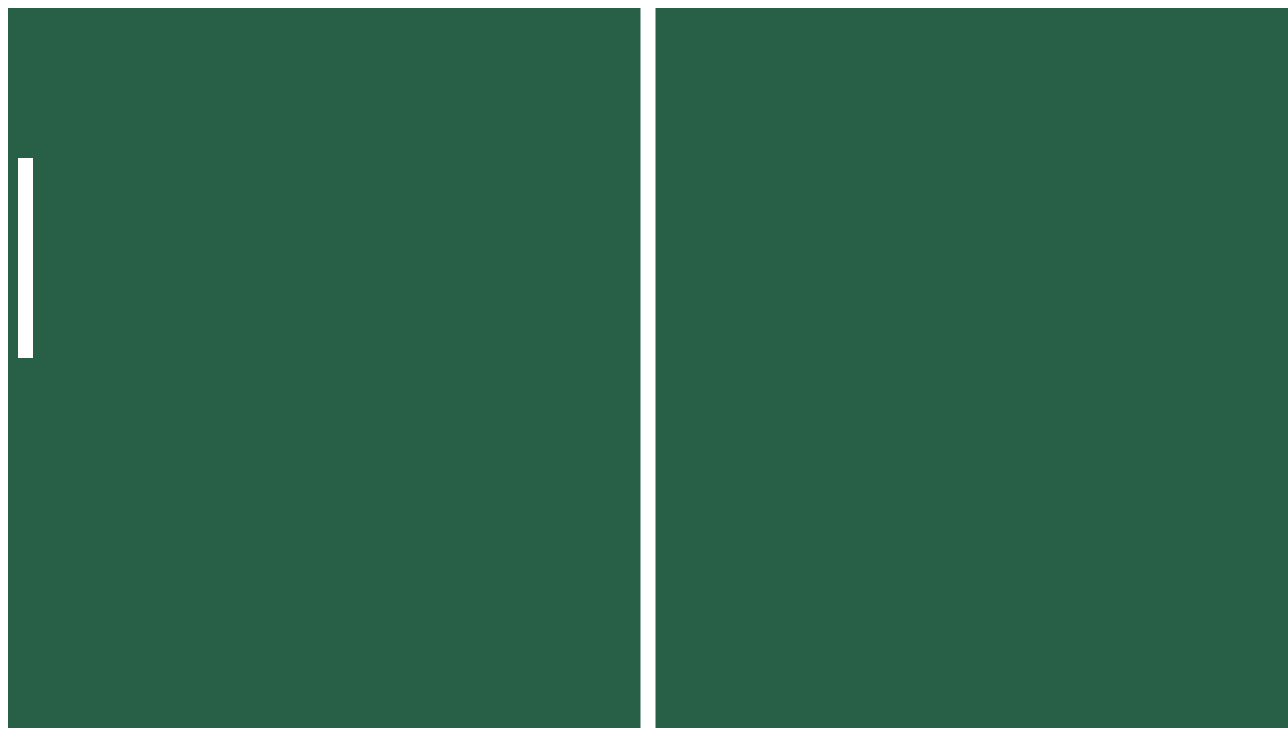
Repository: AkirahCarvalho/ping_pong
Page: index.html
The author's editor kept a copy of each file at every save. The page is drawn from the files as they stood at one save, then again after the next save.
The browser window is 1280 px wide. The page is 1288 px wide, so the pictures cover 1288 px, including what lies to the right of the window. The pictures show the whole page.

Above is the page before, as saved 2024-03-26 16:00:03.
Console error (its wording comes from the project's code and is left out).

After the next save:
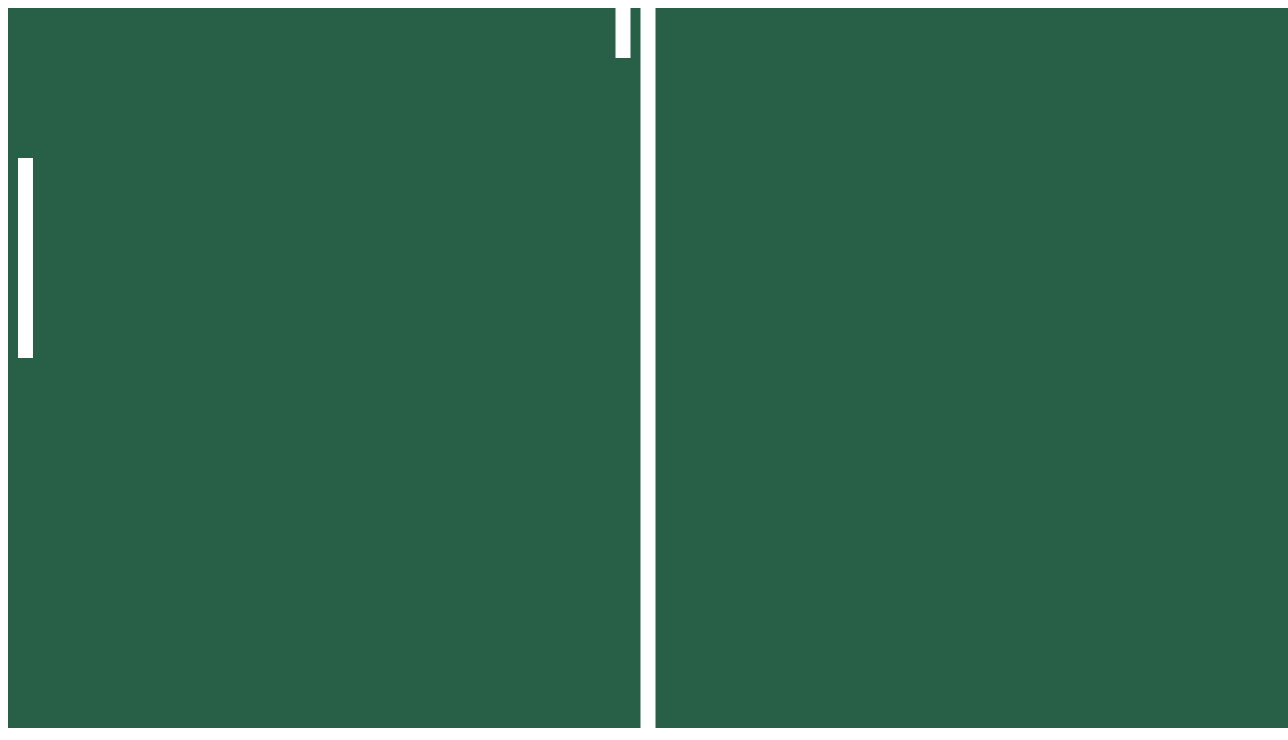
The error is gone.
Saved 4 s later.
--- a/index.html
+++ b/index.html
@@ -36,7 +36,7 @@
           //desenhando raquete esquerda
             canvasCtx.fillRect(10, 150, lineWidth, 200)
             //desenhando raquete direita
-            canvasCtx.fillRect(x-lineWidth-10, y-150, lineWidth,)
+            canvasCtx.fillRect(x-lineWidth-10, y-150, lineWidth,200)
         }
 
         setup()
